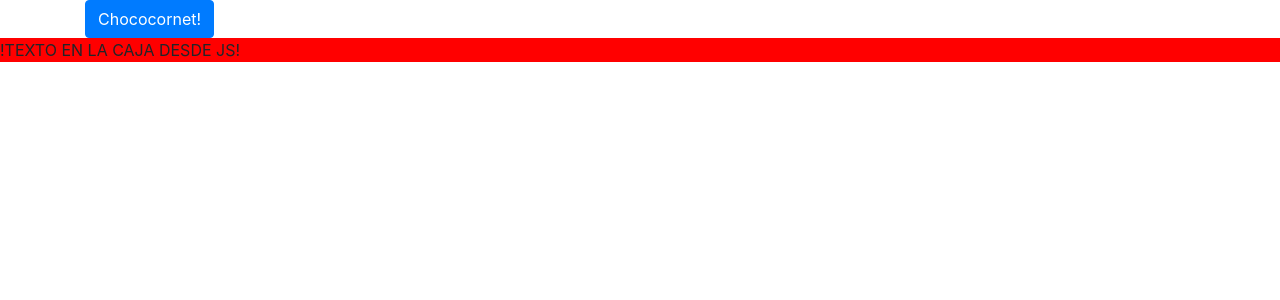
Repository: gitmadacode/practica_javascript
Page: Inicio/index.html
These files come from the project's save history. The page is drawn as it stood at one moment and after the next save; the edit follows.
The browser window is 1280 px wide. The pictures show the whole page.

Above is the page before, as saved 2019-09-09 00:40:18.

After the next save:
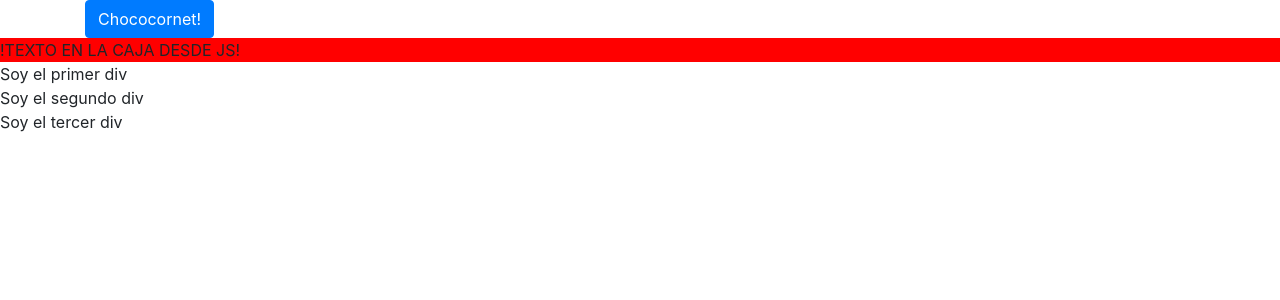
Saved 66 min 30 s later.
--- a/Inicio/index.html
+++ b/Inicio/index.html
@@ -18,6 +18,9 @@
         <button onclick="prueba()" type="button" class="btn btn-primary">Chococornet!</button>
     </div>
 <div id="micaja">!hola soy una puta caja!</div>
+<div>Soy el primer div</div>
+<div>Soy el segundo div</div>
+<div>Soy el tercer div</div>
     <script src="node_modules/sweetalert2/dist/sweetalert2.all.min.js"></script>
     <script type ="text/javascript" src="js/dom.js"></script>  <!---para llamar al archivo JS-->
 
